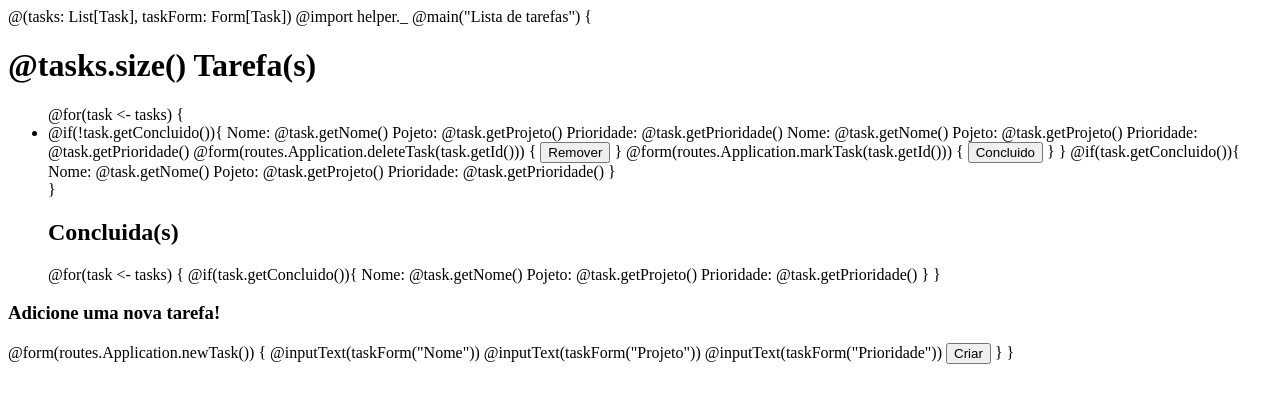
Repository: lcavalcante/si1
Page: lab2/.target/views/index.scala.html
The author's editor kept a copy of each file at every save. The page is drawn from the files as they stood at one save, then again after the next save.
The browser window is 1280 px wide. The pictures show the whole page.

Above is the page before, as saved 2013-11-27 00:37:37.

### lab2/.target/views/index.scala.html
@(tasks: List[Task], taskForm: Form[Task])

@import helper._

@main("Lista de tarefas") {

    <h1>@tasks.size() Tarefa(s)</h1>

    <ul>
        @for(task <- tasks) {
            <li>
                @if(!task.getConcluido()){

                Nome: @task.getNome() Pojeto: @task.getProjeto() Prioridade: @task.getPrioridade()

                Nome: @task.getNome() Pojeto: @task.getProjeto() Prioridade: @task.getPrioridade()

                @form(routes.Application.deleteTask(task.getId())) {
                    <input type="submit" value="Remover">

                }

                @form(routes.Application.markTask(task.getId())) {
                    <input type="submit" value="Concluido">
                }
                }

                @if(task.getConcluido()){
                Nome: @task.getNome() Pojeto: @task.getProjeto() Prioridade: @task.getPrioridade()
                }

            </li>
        }
    </ul>

    <ul>
    	 <h2>Concluida(s)</h2>
        @for(task <- tasks) {

            	@if(task.getConcluido()){
                Nome: @task.getNome() Pojeto: @task.getProjeto() Prioridade: @task.getPrioridade()
                }


        }
    </ul>

    <h3>Adicione uma nova tarefa!</h3>

    @form(routes.Application.newTask()) {

        @inputText(taskForm("Nome"))
        @inputText(taskForm("Projeto"))
        @inputText(taskForm("Prioridade"))

        <input type="submit" value="Criar">

    }

}

After the next save:
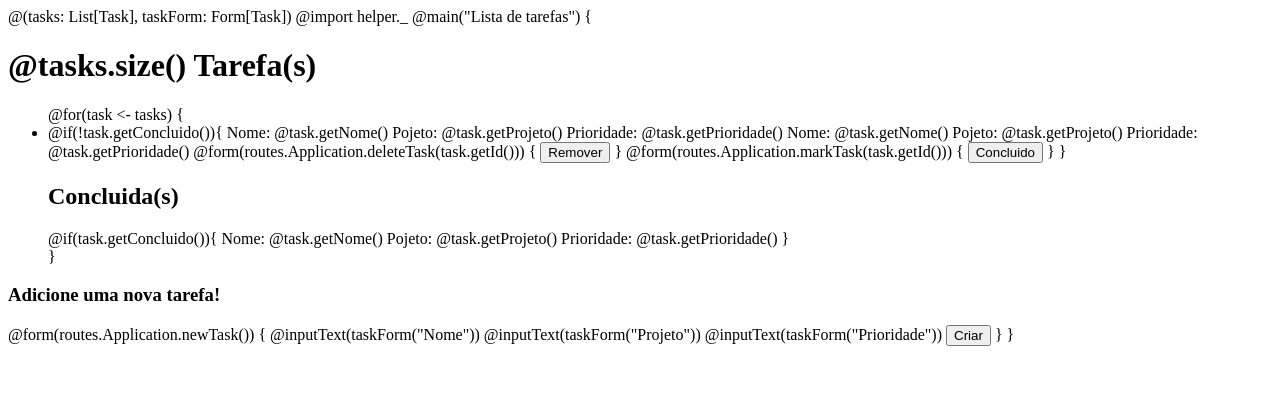
Saved 35 s later.
--- a/lab2/.target/views/index.scala.html
+++ b/lab2/.target/views/index.scala.html
@@ -25,6 +25,8 @@
                 }
                 }
 
+                <h2>Concluida(s)</h2>
+
                 @if(task.getConcluido()){
                 Nome: @task.getNome() Pojeto: @task.getProjeto() Prioridade: @task.getPrioridade()
                 }
@@ -33,17 +35,7 @@
         }
     </ul>
 
-    <ul>
-    	 <h2>Concluida(s)</h2>
-        @for(task <- tasks) {
 
-            	@if(task.getConcluido()){
-                Nome: @task.getNome() Pojeto: @task.getProjeto() Prioridade: @task.getPrioridade()
-                }
-
-
-        }
-    </ul>
 
     <h3>Adicione uma nova tarefa!</h3>
 
